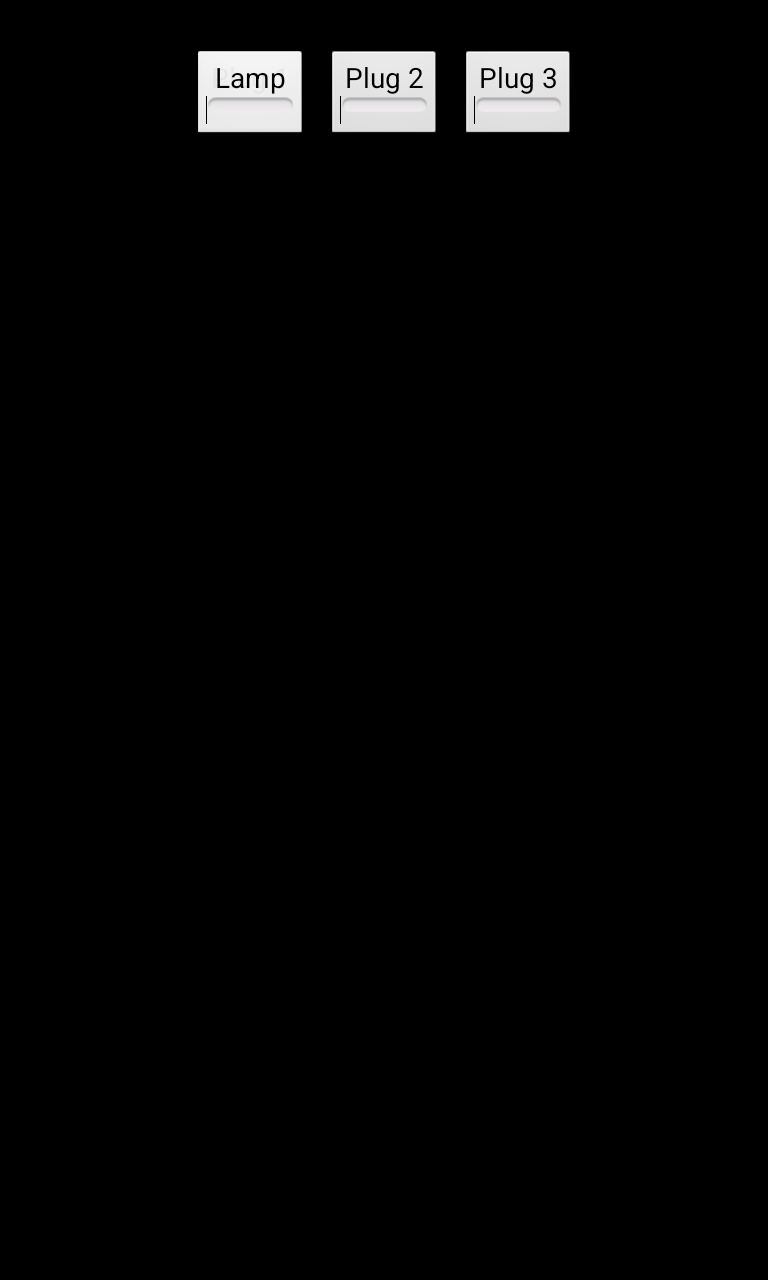
Repository: deanzaka/Shroom-Smart-Terminal
Layout: IOIOShroomST/res/layout/main.xml
These files come from the project's save history. The layout is drawn as it stood at one moment and after the next save; the edit follows.
It is drawn on a 768 x 1280 px phone screen (xhdpi) without system bars, with theme android:Theme; the app's code is not run.

Above is the layout before, as saved 2014-11-16 21:10:05.

After the next save:
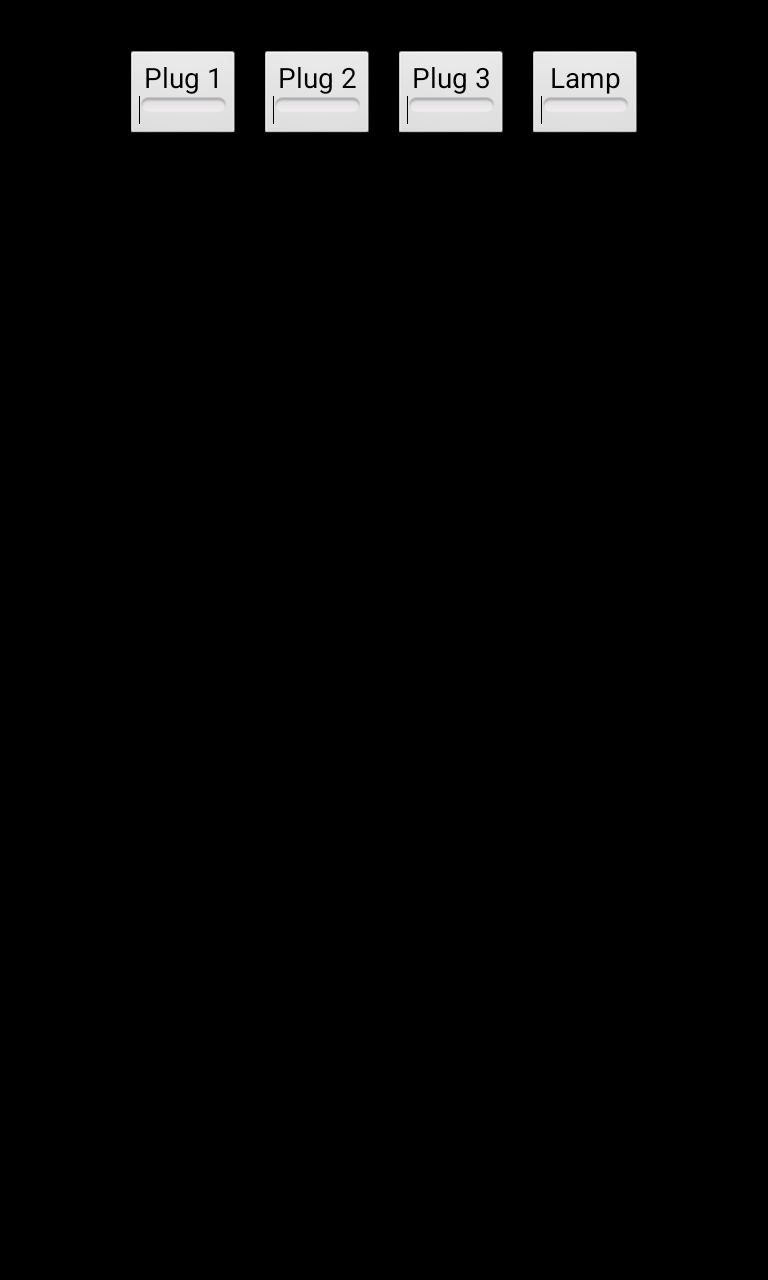
Saved 12 s later.
--- a/IOIOShroomST/res/layout/main.xml
+++ b/IOIOShroomST/res/layout/main.xml
@@ -46,6 +46,7 @@
 			android:id="@+id/Lamp"
 			android:layout_width="wrap_content"
 			android:layout_height="wrap_content"
+			android:layout_toRightOf="@id/Terminal3"
 			android:layout_margin="5dp"
 			android:text="@string/lamp"
 			android:textOn="@string/lamp"
